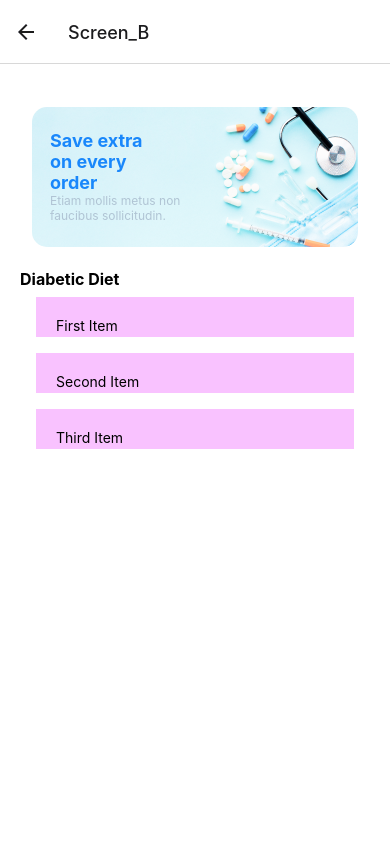
Repository: ntu34543/designReactNative
Screen: /Screen_B
The author's editor kept a copy of each file at every save. The screen is drawn from the files as they stood at one save, then again after the next save.
The app was drawn by React Native's web renderer in a window 390 px wide. The project was rebuilt for these pictures with package versions that can differ from the ones it lists, and the page was loaded fresh each time.

Above is the screen before, as saved 2022-10-21 15:27:21.

### App.js
import { StatusBar } from "expo-status-bar";
import { StyleSheet, Text, View, Pressable, TabBarIOSItem } from "react-native";
import { NavigationContainer } from "@react-navigation/native";
import { createStackNavigator } from "@react-navigation/stack";
import ScreenA from "./page/Home";
import ScreenB from "./page/DiabetesCare";
import FontAwesome5 from "react-native-vector-icons/FontAwesome5";

const Stack = createStackNavigator();
const Tab = createStackNavigator();
export default function App() {
  return (
    <NavigationContainer>
      <Tab.Navigator
        // screenOptions={{ header: () => null }}
        screenOptions={({ route }) => ({
          tabBarIcon: ({ focused, size, color }) => {
            let iconName;
            if (route.name === "Screen_A") {
              iconName = "autoprefixer";
              size = focused ? 25 : 20;
              // color = focused ? "#f0f" : "#555";
            } else if (route.name === "Screen_B") {
              iconName = "btc";
              size = focused ? 25 : 20;
              // color = focused ? "#f0f" : "#555";
            }
            return <FontAwesome5 name={iconName} size={size} color={color} />;
          },
        })}
        tabBarOptions={{
          activeTintColor: "#f0f",
          inactiveTintColor: "#555",
          inactiveBackgroundColor: "#999",
          showLabel: true,
          labelStyle: { fontSize: 14 },
        }}
      >
        <Tab.Screen
          name="Screen_A"
          component={ScreenA}
          options={{ tabBarBadge: 3 }}
        />
        {/* options={{header: () => null}} */}
        <Tab.Screen name="Screen_B" component={ScreenB} />
      </Tab.Navigator>
    </NavigationContainer>
  );
}

### page/Home.js
import { StatusBar } from "expo-status-bar";
import { StyleSheet, Text, View, Pressable } from "react-native";

export default function ScreenA({ navigation }) {
  const onPressHandler = () => {
    navigation.navigate("Screen_B");
    // navigation.replace("Screen_B");
  };
  return (
    <View style={styles.body}>
      <Text style={styles.text}>Screen A</Text>
      <Pressable
        onPress={onPressHandler}
        style={({ pressed }) => ({
          backgroundColor: pressed ? "#ddd" : "#0f0",
        })}
      >
        <Text style={styles.text}>Go to the Screen B</Text>
      </Pressable>
    </View>
  );
}

const styles = StyleSheet.create({
  body: {
    flex: 1,
    justifyContent: "center",
    alignItems: "center",
  },
  text: {
    fontSize: 30,
    fontWeight: "bold",
  },
});

### page/DiabetesCare.js
import { useState } from "react";
import { StatusBar } from "expo-status-bar";
import {
  StyleSheet,
  Text,
  View,
  Pressable,
  Image,
  ScrollView,
  FlatList,
  SafeAreaView,
} from "react-native";

export default function ScreenB({ navigation }) {
  const DATA = [
    {
      id: "bd7acbea-c1b1-46c2-aed5-3ad53abb28ba",
      title: "First Item",
    },
    {
      id: "3ac68afc-c605-48d3-a4f8-fbd91aa97f63",
      title: "Second Item",
    },
    {
      id: "58694a0f-3da1-471f-bd96-145571e29d72",
      title: "Third Item",
    },
  ];

  const Item = ({ title }) => (
    <View style={styles.item}>
      <Text style={styles.title}>{title}</Text>
    </View>
  );
  const renderItem = ({ item }) => <Item title={item.title} />;

  const onPressHandler = () => {
    navigation.navigate("Screen_A");
    // navigation.goBack();
  };
  return (
    <View style={styles.body}>
      <View style={styles.banner}>
        <View style={styles.imgHeader}>
          <Image
            style={styles.image}
            source={require("../assets/img/banner.png")}
          />
        </View>
        <View style={styles.title}>
          <Text style={styles.title1}>Save extra on every order</Text>
          <Text style={styles.title2}>
            Etiam mollis metus non faucibus sollicitudin.{" "}
          </Text>
        </View>
      </View>
      <View style={styles.topPro}>
        <Text style={styles.title3}>Diabetic Diet</Text>
        <SafeAreaView>
          <FlatList
            data={DATA}
            renderItem={renderItem}
            keyExtractor={(item) => item.id}
          />
        </SafeAreaView>
      </View>
    </View>
  );
}

const styles = StyleSheet.create({
  body: {
    flex: 1,
    backgroundColor: "white",
    padding: 20,
  },
  text: {
    fontSize: 30,
    fontWeight: "bold",
  },
  banner: {
    justifyContent: "center",
    alignItems: "center",
    // marginTop: 100,
    flex: 1,
  },
  imgHeader: {
    position: "absolute",
  },
  title: {
    position: "absolute",
    paddingRight: 120,
  },
  title1: {
    color: "#1987FB",
    fontSize: 18,
    width: 110,
    fontWeight: "bold",
  },
  title2: {
    fontSize: 12,
    width: 170,
    fontWeight: "light",
    color: "#b0c4d4",
  },
  image: {
    borderRadius: 15,
  },
  topPro: {
    flex: 3,
  },
  title3: {
    position: "relative",
    fontSize: 16,
    fontWeight: "bold",
  },
  item: {
    backgroundColor: '#f9c2ff',
    padding: 20,
    marginVertical: 8,
    marginHorizontal: 16,
  },
});

After the next save:
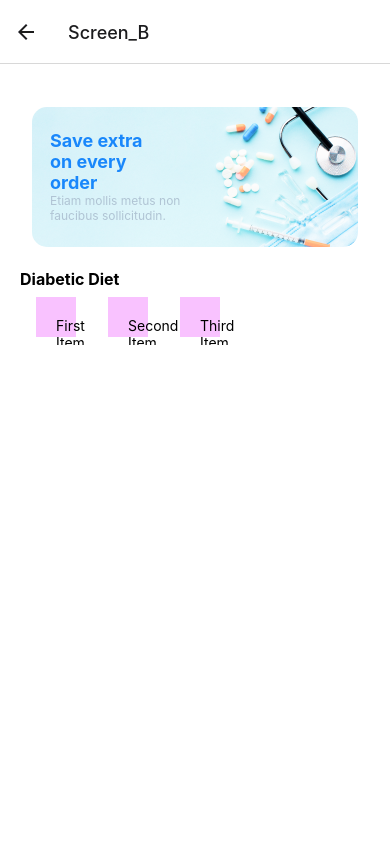
Saved 89 s later.
--- a/page/DiabetesCare.js
+++ b/page/DiabetesCare.js
@@ -61,6 +61,7 @@ export default function ScreenB({ navigation }) {
             data={DATA}
             renderItem={renderItem}
             keyExtractor={(item) => item.id}
+            horizontal
           />
         </SafeAreaView>
       </View>
